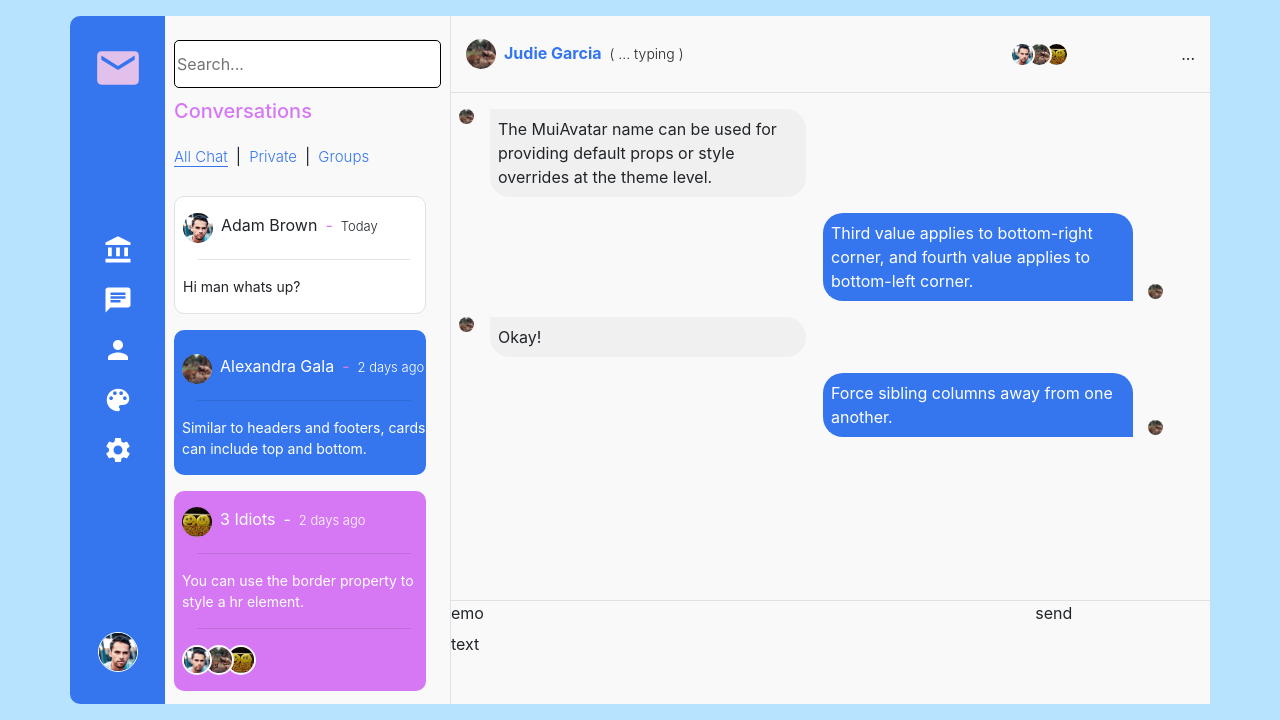
Repository: arafat877/super-chat
Page: /
An editor plug-in stored every save of this project. The page is shown before and after the next save, followed by the edit.
The browser window is 1280 px wide. The pictures show the whole page.
The project was rebuilt for these pictures with package versions that can differ from the ones it lists, and the page was loaded fresh each time.

Above is the page before, as saved 2020-08-07 02:29:24.

### public/index.html
<!DOCTYPE html>
<html lang="en">
  <head>
    <meta charset="utf-8" />
    <meta name="viewport" content="width=device-width, initial-scale=1" />
    <meta name="theme-color" content="#000000" />
    <meta
      name="description"
      content="Chat application with node.js, express, react.js, mongoDb and socket.io"
    />
    <link rel="stylesheet" href="styles.css" />
    <link
      rel="stylesheet"
      href="https://maxcdn.bootstrapcdn.com/bootstrap/4.5.0/css/bootstrap.min.css"
      integrity="sha384-9aIt2nRpC12Uk9gS9baDl411NQApFmC26EwAOH8WgZl5MYYxFfc+NcPb1dKGj7Sk"
      crossorigin="anonymous"
    />
    <link
      href="https://fonts.googleapis.com/css2?family=Roboto:wght@100;300;400;500;700;900&display=swap"
      rel="stylesheet"
    />

    <title>Super Chat</title>
  </head>
  <body>
    <noscript>You need to enable JavaScript to run this app.</noscript>
    <div id="root"></div>
  </body>
</html>

### src/App.js
import React from "react";
import "./App.scss";
import {
  Email,
  Chat,
  Person,
  Settings,
  Palette,
  AccountBalance,
} from "@material-ui/icons";

import { Avatar } from "@material-ui/core";
import { AvatarGroup } from "@material-ui/lab";

function App() {
  return (
    <div className="appContainer vh-100 d-flex">
      <div className="container mt-3 mb-3 appWrapper">
        <div className="row h-100">
          <div className="col-1 d-none d-sm-none d-md-block container h-100 firstCol">
            <div className="row logoRow justify-content-center">
              <Email className="m-auto logo" />
            </div>
            <div className="row menuRow">
              <ul className="menuList m-auto p-0">
                <li className="menuItem">
                  <AccountBalance className="menuItemIcon" />
                </li>
                <li className="menuItem">
                  <Chat className="menuItemIcon" />
                </li>
                <li className="menuItem">
                  <Person className="menuItemIcon" />
                </li>
                <li className="menuItem">
                  <Palette className="menuItemIcon" />
                </li>
                <li className="menuItem">
                  <Settings className="menuItemIcon" />
                </li>
              </ul>
            </div>
            <div className="row photoRow justify-content-center">
              <img
                className="m-auto profilePhoto"
                src={require("./assets/m1.jpeg")}
                alt="profile"
              />
            </div>
          </div>
          <div className="col-3 container h-100 secondCol p-4">
            <div className="row searchRow">
              <input className="searchInput" placeholder="Search..." />
            </div>
            <div className="row convRow mt-2">
              <span className="convSpan">Conversations</span>
            </div>
            <div className="row selectRow mb-1">
              <ul className="selectionList pl-0">
                <li
                  className="selectionListItem d-inline mr-2"
                  style={{ borderBottom: "solid 0.05px #3576ef" }}
                >
                  All Chat
                </li>
                |
                <li className="selectionListItem d-inline mr-2 ml-2">
                  Private
                </li>
                |
                <li className="selectionListItem d-inline mr-2 ml-2">Groups</li>
              </ul>
            </div>
            <div className="row groupsRow">
              <div className="container">
                <div className="row convCard pt-3 pb-3 pl-2 mt-3">
                  <div className="container">
                    <div className="row">
                      <img
                        className="userProfilePicture"
                        src={require("./assets/m1.jpeg")}
                        alt="User Profile"
                      />
                      <span className="userName ml-2">Adam Brown</span>
                      <span className="dash ml-2">-</span>
                      <span className="chatDate ml-2 mt-1">Today</span>
                    </div>
                    <hr></hr>
                    <div className="row">
                      <span className="text">Hi man whats up?</span>
                    </div>
                  </div>
                </div>

                <div className="row convCardHot pt-4 pb-3 pl-2 mt-3">
                  <div className="container">
                    <div className="row">
                      <img
                        className="userProfilePicture"
                        src={require("./assets/f1.jpeg")}
                        alt="User Profile"
                      />
                      <span className="userName ml-2">Alexandra Gala</span>
                      <span className="dash ml-2">-</span>
                      <span className="chatDate ml-2 mt-1">2 days ago</span>
                    </div>
                    <hr></hr>
                    <div className="row">
                      <span className="text">
                        Similar to headers and footers, cards can include top
                        and bottom.
                      </span>
                    </div>
                  </div>
                </div>

                <div className="row convCardGroup pt-3 pb-3 pl-2 mt-3">
                  <div className="container">
                    <div className="row">
                      <img
                        className="userProfilePicture"
                        src={require("./assets/g1.jpeg")}
                        alt="User Profile"
                      />
                      <span className="userName ml-2">3 Idiots</span>
                      <span className="dash ml-2">-</span>
                      <span className="chatDate ml-2 mt-1">2 days ago</span>
                    </div>
                    <hr></hr>
                    <div className="row">
                      <span className="text">
                        You can use the border property to style a hr element.
                      </span>
                    </div>
                    <hr></hr>
                    <div className="row">
                      <AvatarGroup max={3} className="mr-4">
                        <Avatar
                          alt="Remy Sharp"
                          className="avatar"
                          src={require("./assets/m1.jpeg")}
                        />
                        <Avatar
                          alt="Travis Howard"
                          className="avatar"
                          src={require("./assets/f1.jpeg")}
                        />
                        <Avatar
                          alt="Cindy Baker"
                          className="avatar"
                          src={require("./assets/g1.jpeg")}
                        />
                      </AvatarGroup>
                    </div>
                  </div>
                </div>
              </div>
            </div>
          </div>
          <div className="col-8 container h-100 thirdCol">
            <div className="row chatInfo">
              <div className="col-6 m-auto">
                <img
                  className="infoUserPicture"
                  src={require("./assets/f1.jpeg")}
                  alt="User Profile"
                />
                <span className="infoUserName ml-2">Judie Garcia</span>
                <span className="infoTyping ml-2">( ... typing )</span>
              </div>
              <div className="col-4 mt-auto mb-auto justify-content-right infoGroup">
                <AvatarGroup max={3} className="float-right">
                  <Avatar
                    alt="Remy Sharp"
                    className="avatar"
                    src={require("./assets/m1.jpeg")}
                  />
                  <Avatar
                    alt="Travis Howard"
                    className="avatar"
                    src={require("./assets/f1.jpeg")}
                  />
                  <Avatar
                    alt="Cindy Baker"
                    className="avatar"
                    src={require("./assets/g1.jpeg")}
                  />
                </AvatarGroup>
              </div>
              <div className="col-2 m-auto">
                <span className="float-right">...</span>
              </div>
            </div>
            <div className="row chatMessages">
              <div className="container">
                {/* MessageRow */}
                <div className="row messageRow mt-3">
                    <img
                      className="messageUserProfilePicture mb-auto ml-2 mr-3"
                      src={require("./assets/f1.jpeg")}
                      alt="User Profile"
                    />
                  <div className="col-5 text p-2">
                    The MuiAvatar name can be used for providing default props
                    or style overrides at the theme level.
                  </div>
                </div>

                {/* MessageRow Owner*/}
                <div className="row messageRowOwner mr-0 mt-3">
                  <div className="col-5 offset-6 text p-2">
                    Third value applies to bottom-right corner, and fourth value
                    applies to bottom-left corner.
                  </div>
                  <div className="col-1 mt-auto float-right">
                    <img
                      className="messageUserProfilePicture "
                      src={require("./assets/f1.jpeg")}
                      alt="User Profile"
                    />
                  </div>
                </div>
                {/* MessageRow */}
                <div className="row messageRow mt-3">
                    <img
                      className="messageUserProfilePicture mb-auto ml-2 mr-3"
                      src={require("./assets/f1.jpeg")}
                      alt="User Profile"
                    />
                  <div className="col-5 text p-2">
                    Okay!
                  </div>
                </div>
                {/* MessageRow */}
                <div className="row messageRowOwner mr-0 mt-3">
                  <div className="col-5 offset-6 text p-2">
                    Force sibling columns away from one another.
                  </div>
                  <div className="col-1 mt-auto float-right">
                    <img
                      className="messageUserProfilePicture "
                      src={require("./assets/f1.jpeg")}
                      alt="User Profile"
                    />
                  </div>
                </div>
                {/* MessageRow */}
              </div>
            </div>
            <div className="row chatInput">
              <div className="col-md-9 container">
                <div className="row inputEmoji">emo</div>
                <div className="row inputText">text</div>
              </div>
              <div className="col-md-3">send</div>
            </div>
          </div>
        </div>
      </div>
    </div>
  );
}

export default App;

### src/App.scss
.appContainer {
  background-color: #b7e3fe;

  .appWrapper {
    background-color: #3576ef;
    border-radius: 10px;

    .firstCol {
      .logoRow {
        height: 15%;

        .logo {
          font-size: 50px;
          color: rgb(226, 192, 236);
        }
      }
      .menuRow {
        height: 70%;

        .menuList {
          list-style: none;

          .menuItem {
            margin-bottom: 20px;

            .menuItemIcon {
              font-size: 30px;
              color: white;
            }
          }
        }
      }
      .photoRow {
        height: 15%;

        .profilePhoto {
          height: 40px;
          width: 40px;
          border: solid thin white;
          border-radius: 50%;
          object-fit: cover;
        }
      }
    }

    .secondCol {
      background-color: #f9f9f9;

      .searchRow {
        height: 7.5%;

        .searchInput {
          width: 100%;
          border: solid 0.5px;
          background-color: white;
          border-radius: 5px;

          &:focus {
            outline: none;
          }
        }
      }

      .convRow {
        height: 7.5%;

        .convSpan {
          font-weight: 500;
          font-size: 20px;
          color: rgb(214, 120, 243);
        }
      }
      .selectRow {
        height: 5%;

        .selectionList {
          list-style: none;

          .selectionListItem {
            font-weight: 300;
            font-size: 15px;
            color: #3576ef;
          }
        }
      }

      ::-webkit-scrollbar {
        width: 5px;
        height: 5px;
      }

      ::-webkit-scrollbar-track {
        background: white; /* color of the tracking area */
      }

      ::-webkit-scrollbar-thumb {
        background-color: #b5caf0; /* color of the scroll thumb */
        border-radius: 5px; /* roundness of the scroll thumb */
      }

      .groupsRow {
        height: 80%;
        overflow-y: scroll;

        .convCard {
          background-color: white;
          border: solid 0.5px #dee2e6;
          border-radius: 10px;
          margin-right: 0;

          .userProfilePicture {
            height: 30px;
            width: 30px;
            border-radius: 50%;
            object-fit: cover;
          }

          .userName {
            // color: white;
          }

          .dash {
            color: rgb(214, 120, 243);
          }

          .chatDate {
            // color: white;
            font-size: 13px;
            font-weight: 300;
          }

          .text {
            // color: white;
            font-size: 14px;
          }
        }

        .convCardHot {
          background-color: #3576ef;
          border-radius: 10px;
          margin-right: 0;

          .userProfilePicture {
            height: 30px;
            width: 30px;
            border-radius: 50%;
            object-fit: cover;
          }

          .userName {
            color: white;
          }

          .dash {
            color: rgb(214, 120, 243);
          }

          .chatDate {
            color: white;
            font-size: 13px;
            font-weight: 300;
          }

          .hr {
            border-color: rgb(214, 120, 243);
            margin-bottom: 5px;
          }

          .text {
            color: white;
            font-size: 14px;
          }
        }

        .convCardGroup {
          background-color: rgb(214, 120, 243);
          border-radius: 10px;
          margin-right: 0;

          .userProfilePicture {
            height: 30px;
            width: 30px;
            border-radius: 50%;
            object-fit: cover;
          }

          .userName {
            color: white;
          }

          .dash {
            color: white;
          }

          .chatDate {
            color: white;
            font-size: 13px;
            font-weight: 300;
          }

          .hr {
            border-color: rgb(214, 120, 243);
            margin-bottom: 5px;
          }

          .text {
            color: white;
            font-size: 14px;
          }

          .avatar {
            height: 30px;
            width: 30px;
          }
        }
      }
    }

    .thirdCol {
      background-color: #f9f9f9;
      border-left: solid thin #dee2e6;

      .chatInfo {
        height: 11.25%;
        border-bottom: solid thin #dee2e6;

        .infoUserPicture {
          height: 30px;
          width: 30px;
          border-radius: 50%;
          object-fit: cover;
        }

        .infoUserName {
          color: #3576ef;
          font-weight: 700;
        }

        .infoTyping {
          font-size: 14px;
          font-weight: 300;
        }

        .infoGroup {
          .avatar {
            height: 25px;
            width: 25px;
          }
        }
      }
      .chatMessages {
        height: 73.75%;
        border-bottom: solid thin #dee2e6;

        .messageRow {
          .messageUserProfilePicture {
            height: 15px;
            width: 15px;
            border-radius: 50%;
            object-fit: cover;
          }

          .text {
            background-color: #f0f0f0;
            border-radius: 0px 20px 20px 20px;
          }
        }

        .messageRowOwner {
            .messageUserProfilePicture {
              height: 15px;
              width: 15px;
              border-radius: 50%;
              object-fit: cover;
            }

            .text {
              background-color: #3576ef;
              color: white;
              border-radius: 20px 20px 0px 20px;
            }
          }

      }
      .chatInput {
        height: 15%;

        .inputEmoji {
          height: 30%;
        }
        .inputText {
          height: 70%;
        }
      }
    }
  }
}

Loaded but not shown: src/index.js (common file); public/styles.css (common file)

After the next save:
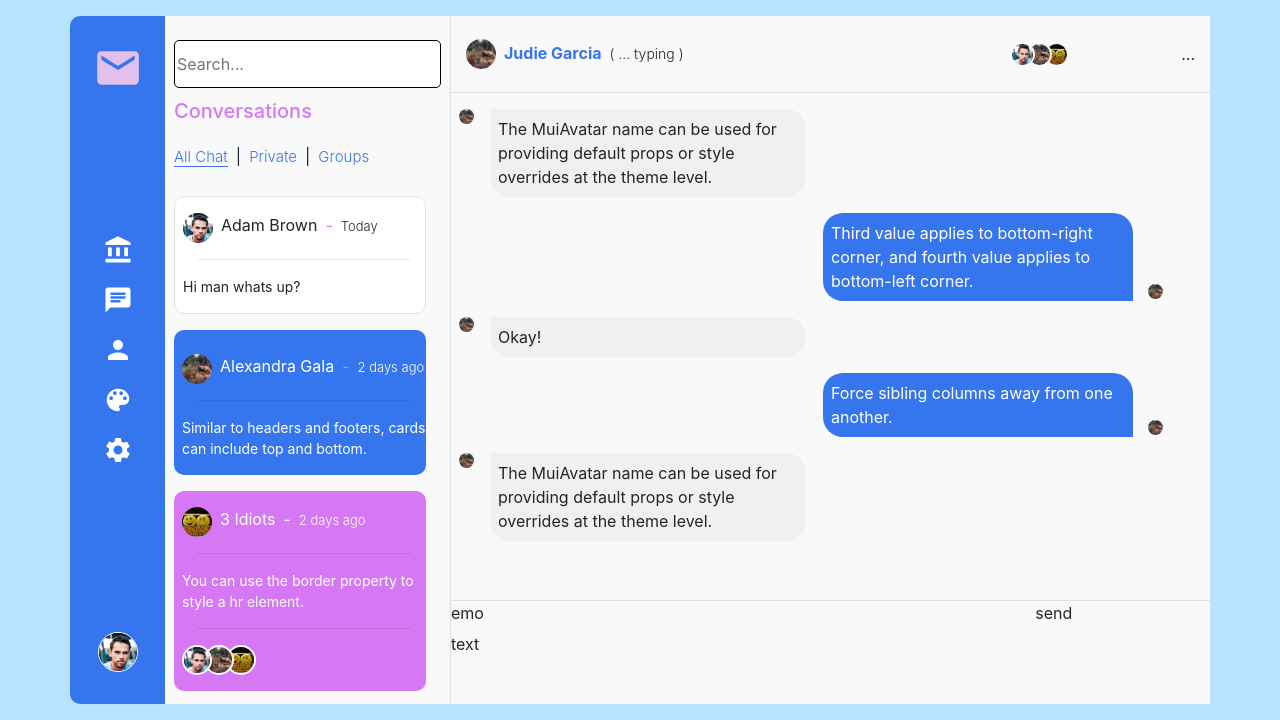
Saved 38 s later.
--- a/src/App.js
+++ b/src/App.js
@@ -195,11 +195,11 @@ function App() {
               <div className="container">
                 {/* MessageRow */}
                 <div className="row messageRow mt-3">
-                    <img
-                      className="messageUserProfilePicture mb-auto ml-2 mr-3"
-                      src={require("./assets/f1.jpeg")}
-                      alt="User Profile"
-                    />
+                  <img
+                    className="messageUserProfilePicture mb-auto ml-2 mr-3"
+                    src={require("./assets/f1.jpeg")}
+                    alt="User Profile"
+                  />
                   <div className="col-5 text p-2">
                     The MuiAvatar name can be used for providing default props
                     or style overrides at the theme level.
@@ -222,14 +222,12 @@ function App() {
                 </div>
                 {/* MessageRow */}
                 <div className="row messageRow mt-3">
-                    <img
-                      className="messageUserProfilePicture mb-auto ml-2 mr-3"
-                      src={require("./assets/f1.jpeg")}
-                      alt="User Profile"
-                    />
-                  <div className="col-5 text p-2">
-                    Okay!
-                  </div>
+                  <img
+                    className="messageUserProfilePicture mb-auto ml-2 mr-3"
+                    src={require("./assets/f1.jpeg")}
+                    alt="User Profile"
+                  />
+                  <div className="col-5 text p-2">Okay!</div>
                 </div>
                 {/* MessageRow */}
                 <div className="row messageRowOwner mr-0 mt-3">
@@ -245,6 +243,18 @@ function App() {
                   </div>
                 </div>
                 {/* MessageRow */}
+                <div className="row messageRow mt-3">
+                  <img
+                    className="messageUserProfilePicture mb-auto ml-2 mr-3"
+                    src={require("./assets/f1.jpeg")}
+                    alt="User Profile"
+                  />
+                  <div className="col-5 text p-2">
+                    The MuiAvatar name can be used for providing default props
+                    or style overrides at the theme level.
+                  </div>
+                </div>
+                {/* MessageRow */}
               </div>
             </div>
             <div className="row chatInput">
